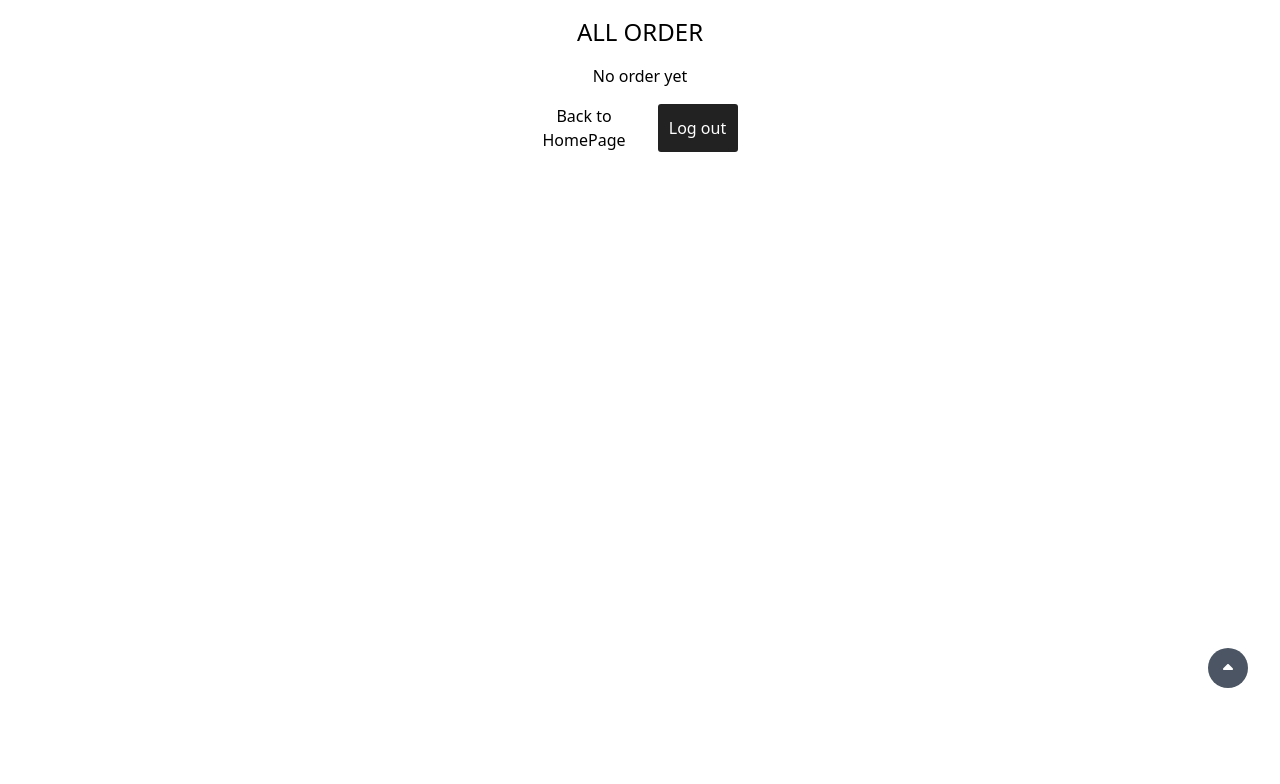
Repository: Kith933UTH/VSHOP
Page: /user
An editor plug-in stored every save of this project. The page is shown before and after the next save, followed by the edit.
The browser window is 1280 px wide. The pictures show the whole page.
The project was rebuilt for these pictures with package versions that can differ from the ones it lists, and the page was loaded fresh each time. Also part of the build but not shown: src/components/product-item/ProductItem.js, src/components/loader/Loader.js, src/constants/constants.js, src/components/product-filters/Category.js, src/components/product-filters/Price.js, src/components/product-filters/Rating.js, src/components/product-filters/ProductFilters.js, src/components/cart-shopping/CartEmpty.js and 24 more.

Above is the page before, as saved 2023-08-05 23:50:29.

After the next save:
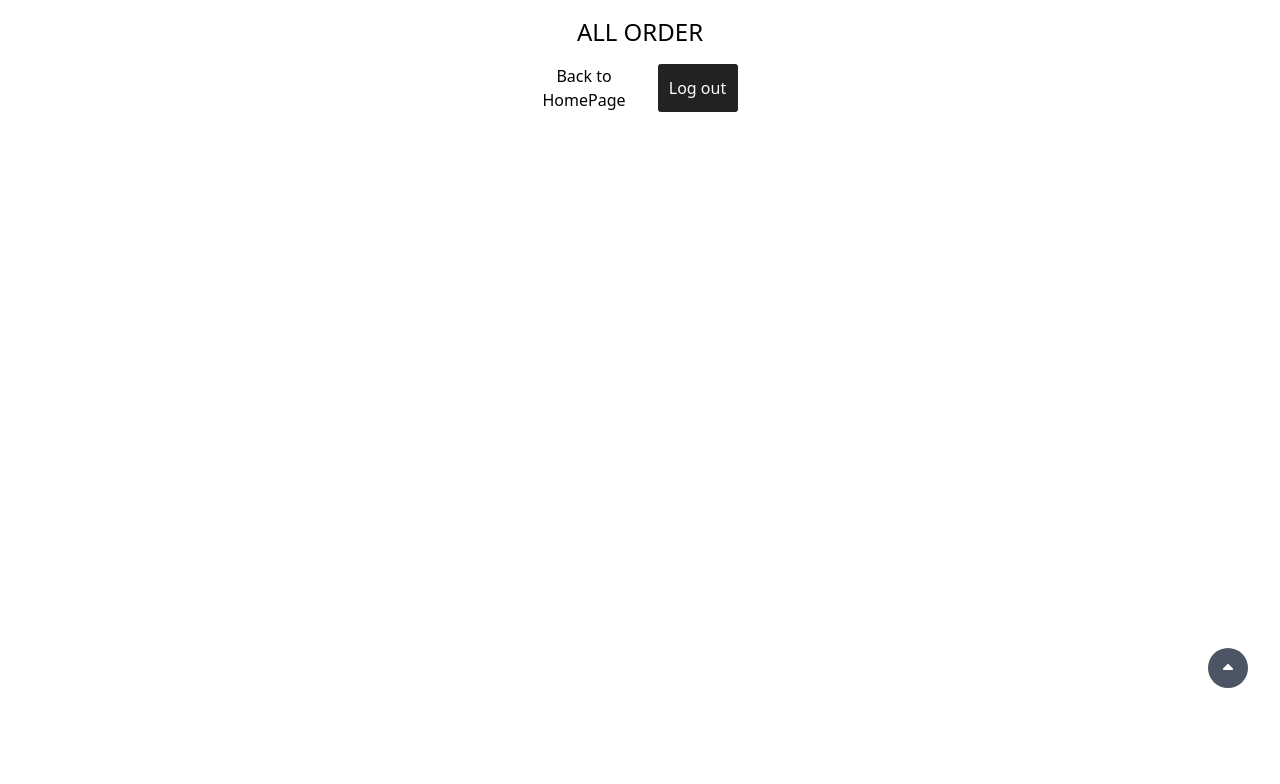
Saved 17 s later.
--- a/src/components/user/User.js
+++ b/src/components/user/User.js
@@ -31,7 +31,7 @@
         <div>
         <div className="text-2xl font-medium text-center py-4">ALL ORDER</div>
         <div className={`min-w-[400px] min-h-screen flex flex-col items-center`}>
-            {!(order === [])
+            {(order === [])
             ? <div className="pb-4">No order yet</div>
             : order.map((items, index) =>
             <div key={index} className="border-2 rounded border-black mb-10 w-4/5">

After the 2 saves that followed:
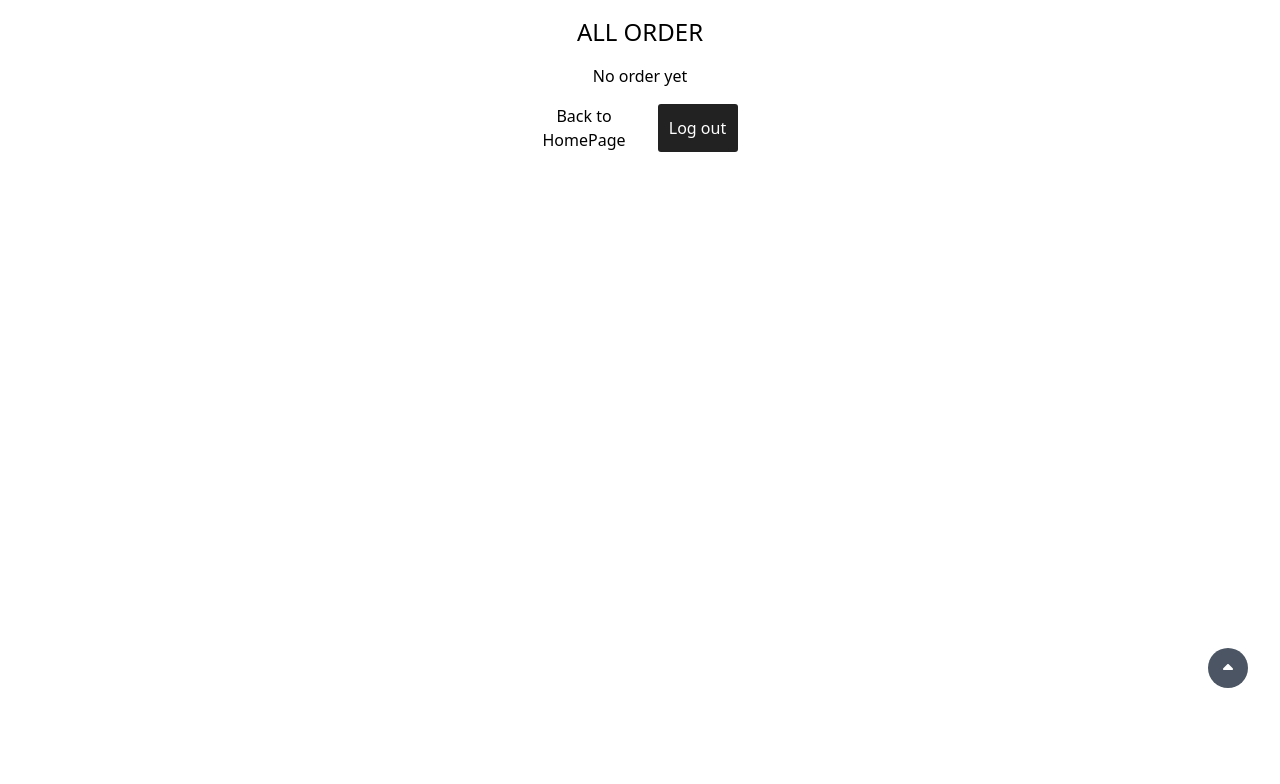
The 2 saves are shown as one change because 1 left the picture as it was.
The last was saved 2 min 10 s later.
--- a/src/components/user/User.js
+++ b/src/components/user/User.js
@@ -31,7 +31,7 @@
         <div>
         <div className="text-2xl font-medium text-center py-4">ALL ORDER</div>
         <div className={`min-w-[400px] min-h-screen flex flex-col items-center`}>
-            {(order === [])
+            {(order.length === 0)
             ? <div className="pb-4">No order yet</div>
             : order.map((items, index) =>
             <div key={index} className="border-2 rounded border-black mb-10 w-4/5">
